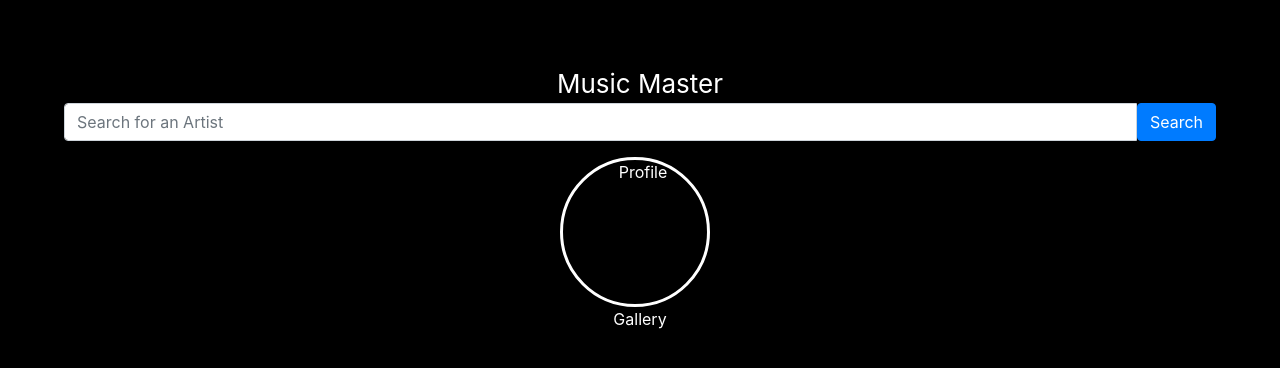
Repository: the-manohar/music
Page: /
The author's editor kept a copy of each file at every save. The page is drawn from the files as they stood at one save, then again after the next save.
The browser window is 1280 px wide. The pictures show the whole page.
The project was rebuilt for these pictures with package versions that can differ from the ones it lists, and the page was loaded fresh each time.

Above is the page before, as saved 2020-07-19 15:16:29.

After the next save:
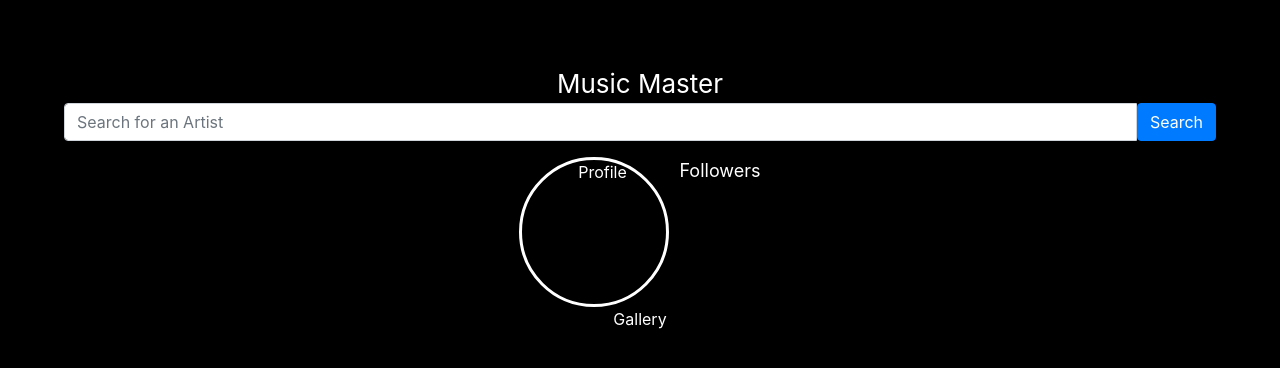
Saved 28 s later.
--- a/src/Profile.js
+++ b/src/Profile.js
@@ -15,7 +15,9 @@ class Profile extends Component {
         <img alt="Profile" className="profile-img" src={artist.images[0].url} />
         <div className="profile-info">
           <div className="profile-name">{artist.name}</div>
-          <div className="profile-followers">{artist.followers.total}</div>
+          <div className="profile-followers">
+            {artist.followers.total} Followers
+          </div>
           <div className="profile-genres">
             {artist.genres.map((genre, k) => {
               genre =
